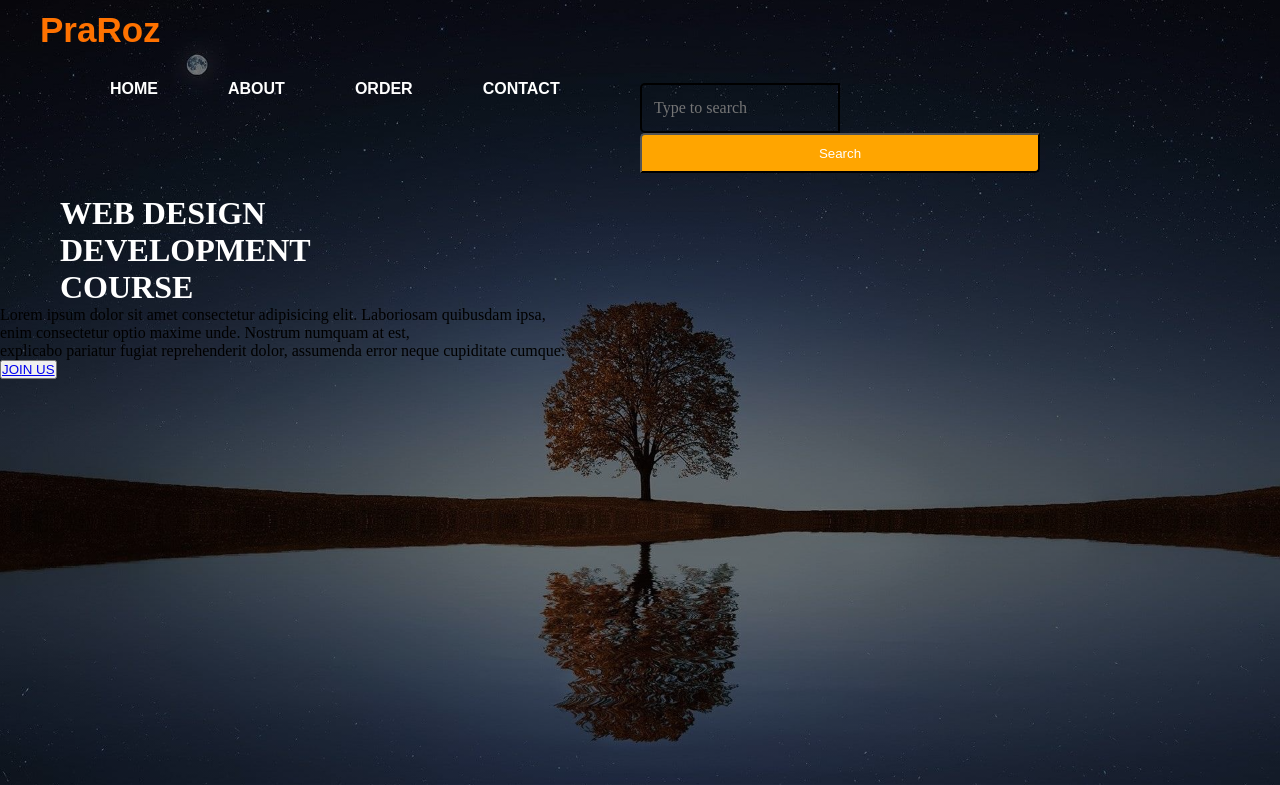
Repository: Cedrqmwesigwa/web-design-course
Page: index.html
The author's editor kept a copy of each file at every save. The page is drawn from the files as they stood at one save, then again after a run of saves.
The browser window is 1280 px wide. The pictures show the whole page.

Above is the page before, as saved 2024-04-03 20:31:35.

After the next 3 saves:
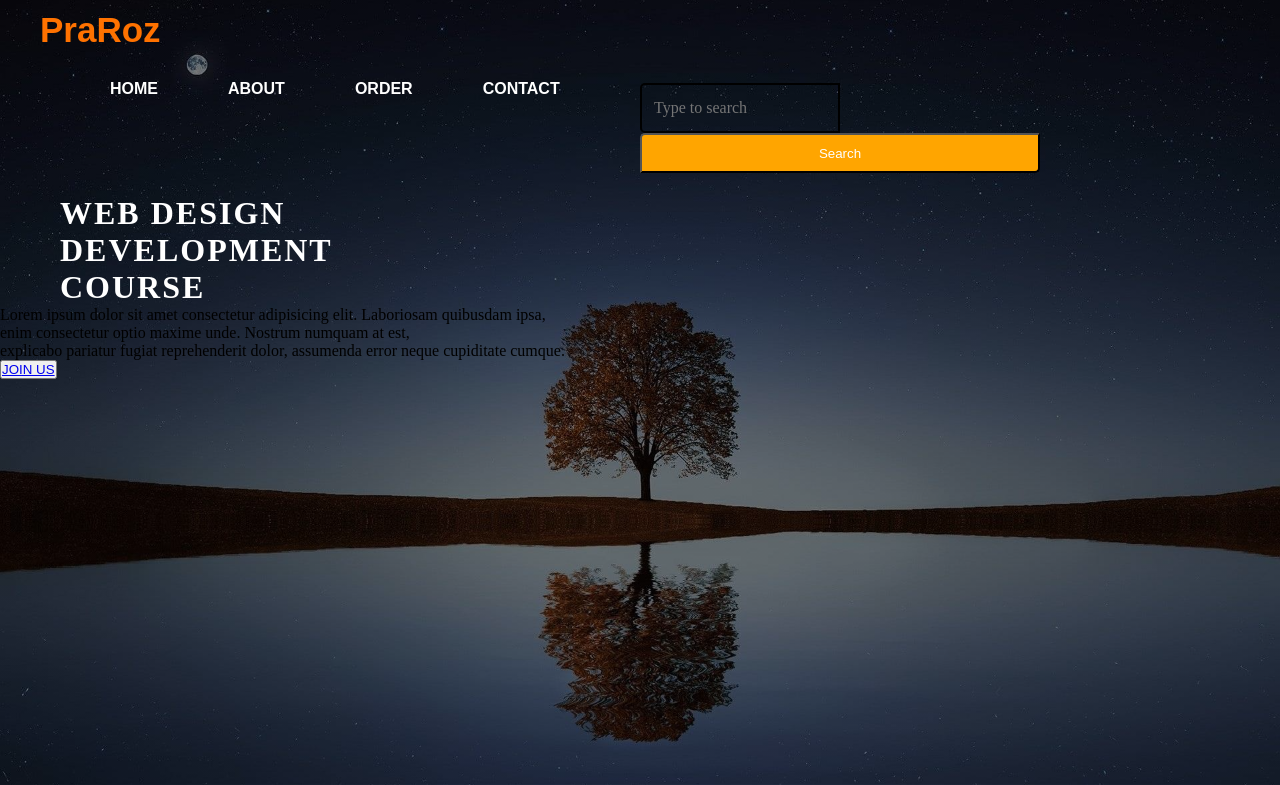
The 3 saves are shown as one change because they came seconds apart.
The last was saved 8 s later.
--- a/style.css
+++ b/style.css
@@ -120,5 +120,5 @@ ul li a:hover{
     size: 50px;
     padding-left: 20px;
     margin-top: 10%;
-    letter
+    letter-spacing: 2px;
 }
